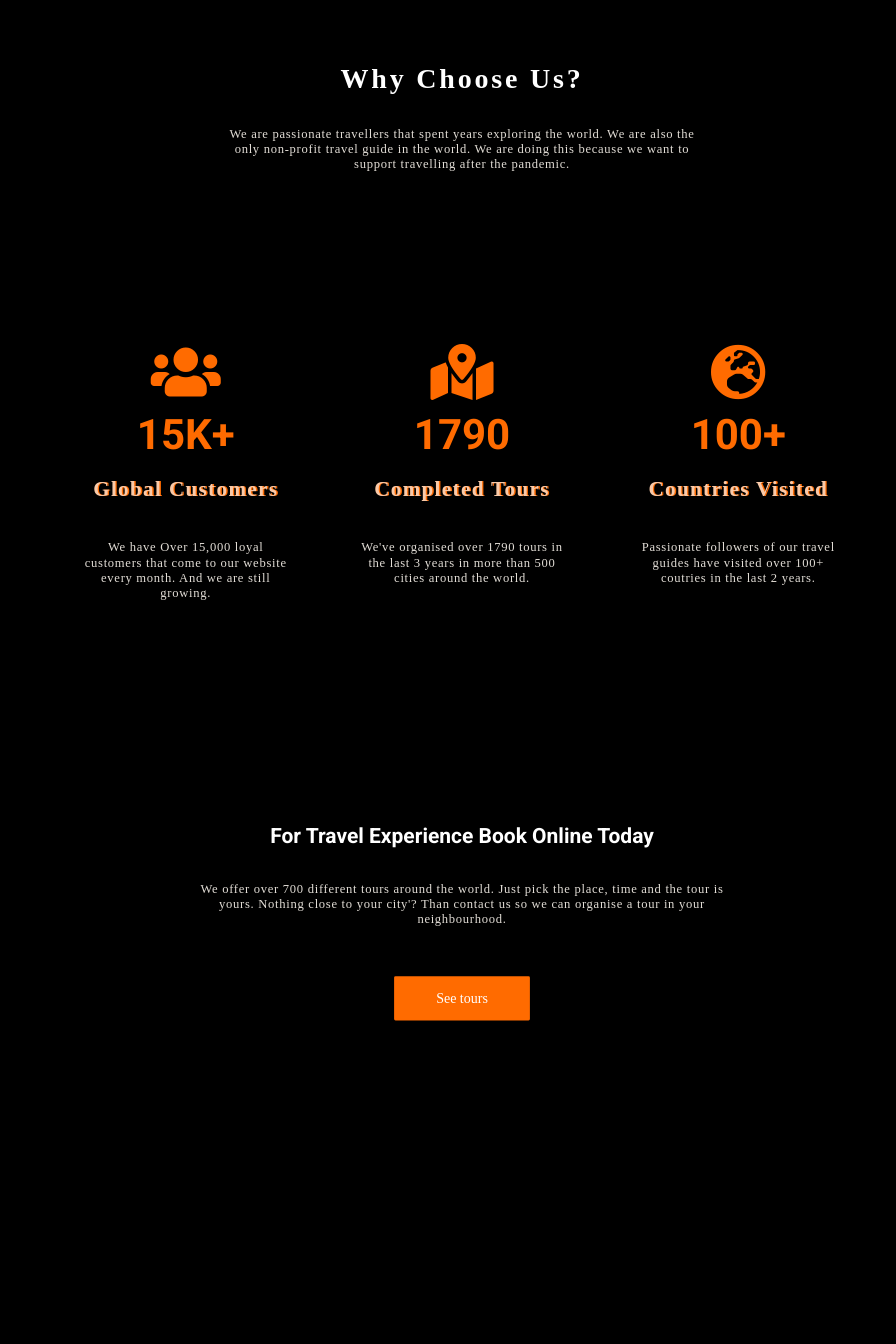
Repository: Hunga9k50doker/wildver-travel
Page: src/index.html
These files come from the project's save history. The page is drawn as it stood at one moment and after the next save; the edit follows.
The browser window is 1280 px wide. The pictures show the part of the page from y = 4544 to 6464 px (the page is 6464 px tall), at 70% of full size.
Some web fonts or font styles are not loaded; a fallback is used. The style sheet was rebuilt from its Sass, Less or Tailwind sources for each picture, by a compiler version that may differ from the author's.

Above is the page before, as saved 2021-08-27 21:58:12.

After the next save:
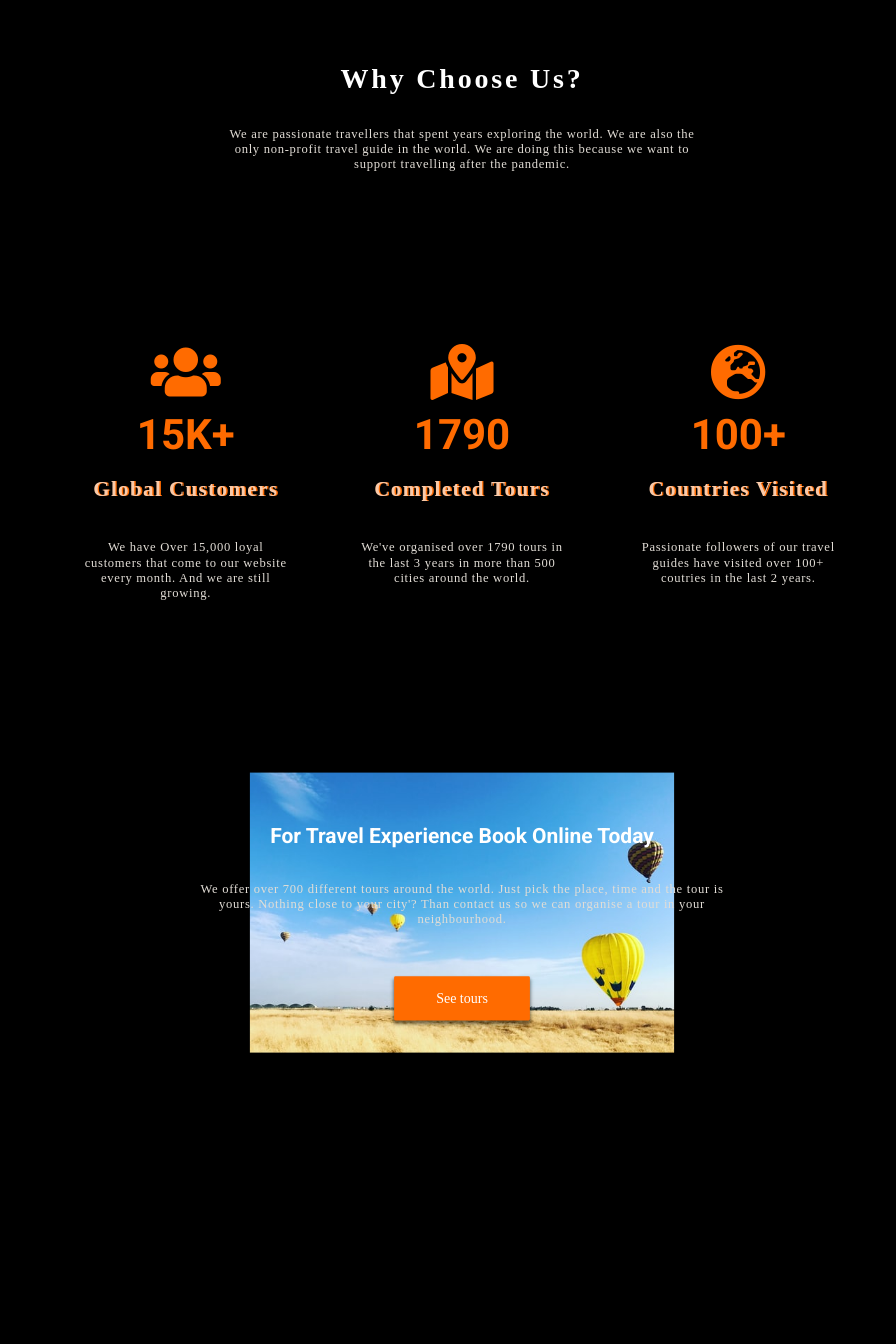
Saved 4 s later.
--- a/src/resources/scss/container.scss
+++ b/src/resources/scss/container.scss
@@ -213,7 +213,7 @@ $mode: cubic-bezier(0.17, 0.67, 0.55, 1.43);
                 justify-content: center;
                 text-align: center;
                 // background: url(/src/public/img/airBllon.jpg) no-repeat center cover;
-                background: url(/src/public/img/airBllon.jpg) no-repeat center top center ;
+                background: url(/src/public/img/airBllon.jpg) no-repeat center  center ;
                 flex-direction: column;
                 h3{
                     font-size: 3rem;
